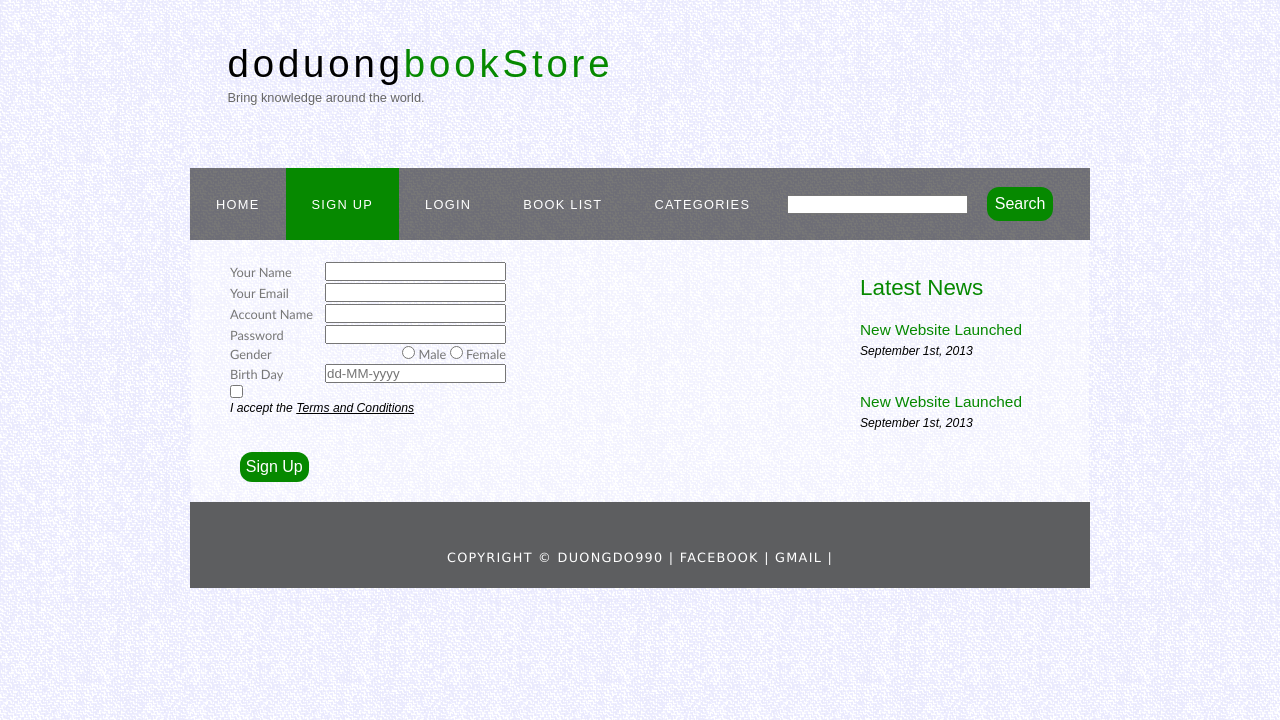
Repository: ngttuyen/JavaWeb
Page: http://localhost/MyWebsite/signup.jsp
The author's editor kept a copy of each file at every save. The page is drawn from the files as they stood at one save, then again after the next save.
The browser window is 1280 px wide. The pictures show the whole page.
The page is served by Tomcat 9.

Above is the page before, as saved 2019-06-02 08:38:07.

After the next save:
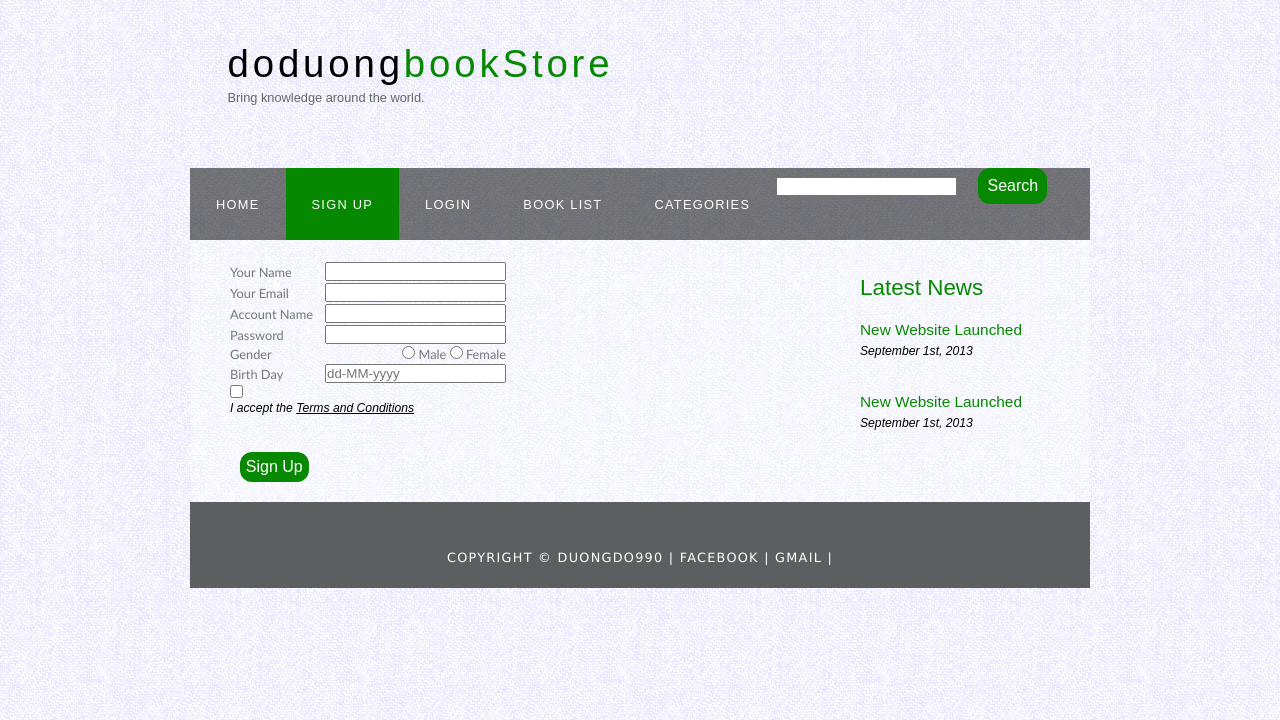
Saved 110 s later.
--- a/MyWebsite/WebContent/styles/style.css
+++ b/MyWebsite/WebContent/styles/style.css
@@ -240,7 +240,7 @@ ul#menu li a:hover, ul#menu li.selected a, ul#menu li.selected a:hover
   border-radius: 12px;
   margin-left: 2%;
 }
-#searchForm{
+/*#searchForm{
   height: 37px;
   padding: 19px 26px 6px 10%;
   text-align: center;
@@ -248,7 +248,7 @@ ul#menu li a:hover, ul#menu li.selected a, ul#menu li.selected a:hover
   text-transform: uppercase;
   text-decoration: none;
   background: transparent;
-}
+}*/
 /*.styled-input {
 	height: 80%;
 	border-radius: 5%;
